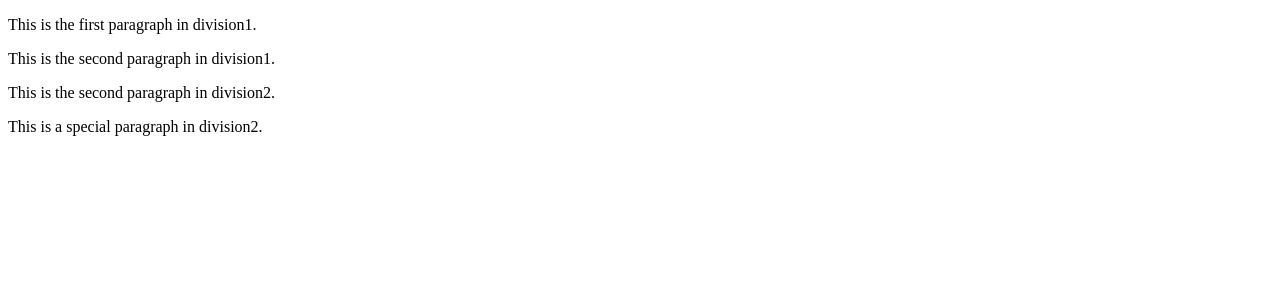
Repository: viveknaidu007/repo-115-JavaScript
Page: 22.html
These files come from the project's save history. The page is drawn as it stood at one moment and after the next save; the edit follows.
The browser window is 1280 px wide. The pictures show the whole page.

Above is the page before, as saved 2024-06-24 16:31:28.

After the next save:
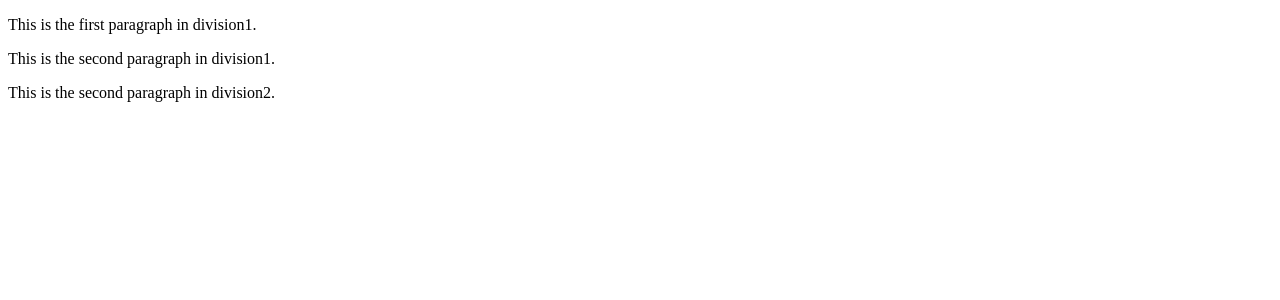
Saved 14 s later.
--- a/22.html
+++ b/22.html
@@ -25,6 +25,6 @@
         console.log(last);
 
         parent.removeChild(last);
-        parent.appendChild(n);  // Append the new paragraph to the parent div
+        //parent.appendChild(n);  // Append the new paragraph to the parent div
     </script>
 </html>
